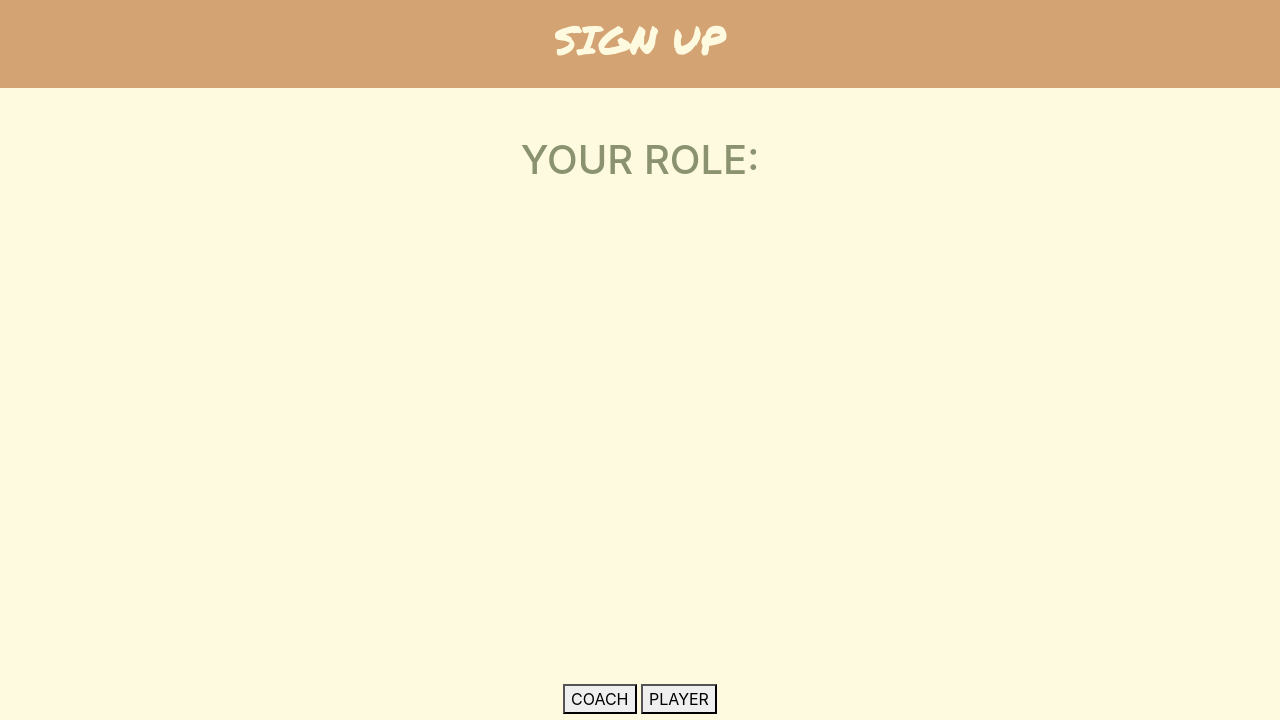
Repository: Aryaholmukhe/treasureHacks
Page: http://localhost/signup
The author's editor kept a copy of each file at every save. The page is drawn from the files as they stood at one save, then again after a run of saves.
The browser window is 1280 px wide. The pictures show the whole page.
The page is served by the project's Node server (server.js).

Above is the page before, as saved 2022-03-27 00:24:43.

After the next 3 saves:
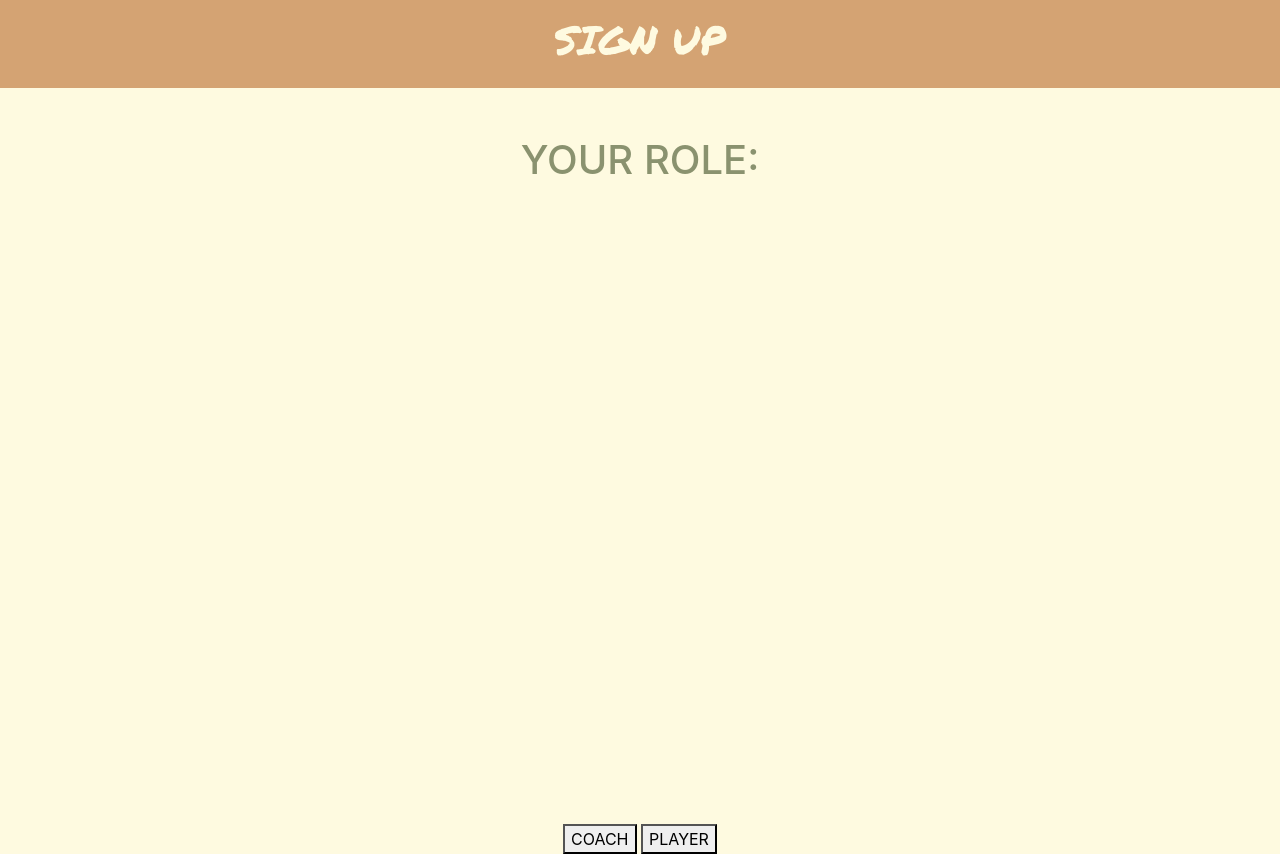
The 3 saves are shown as one change because they came seconds apart.
The last was saved 5 s later.
--- a/views/signup/signup.ejs
+++ b/views/signup/signup.ejs
@@ -19,7 +19,7 @@
 
     <h1 class="text-center mt-5" style="color: #8A926F">YOUR ROLE:</h1>
 
-    <div class="text-center" style="margin-top: 500px">
+    <div class="text-center" style="margin-top: 50%">
     <a href="./coach" ><button name="coach">COACH</button></a>
     <a  href="./player"><button name="player">PLAYER</button></a>
     </div>
